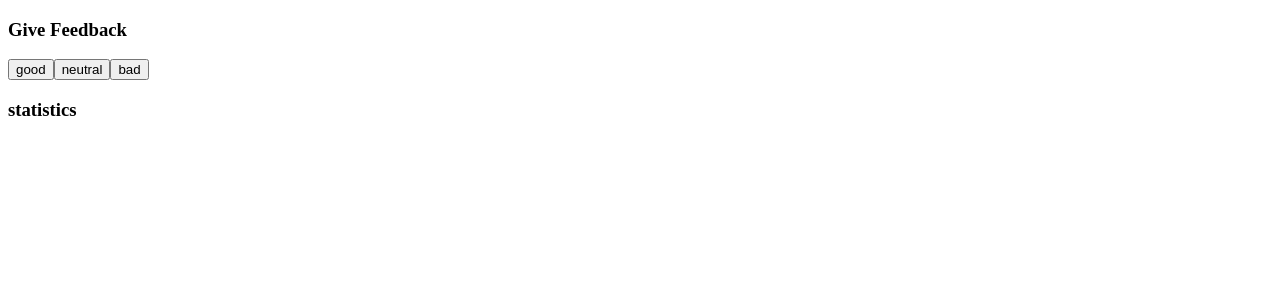
Repository: 4di61/FullStackOpen
Page: / (app in part1/unicafe/)
The author's editor kept a copy of each file at every save. The page is drawn from the files as they stood at one save, then again after the next save.
The browser window is 1280 px wide. The pictures show the whole page.
The project was rebuilt for these pictures with package versions that can differ from the ones it lists, and the page was loaded fresh each time. Also part of the build but not shown: part1/unicafe/vite.config.js.

Above is the page before, as saved 2024-09-05 10:35:06.

After the next save:
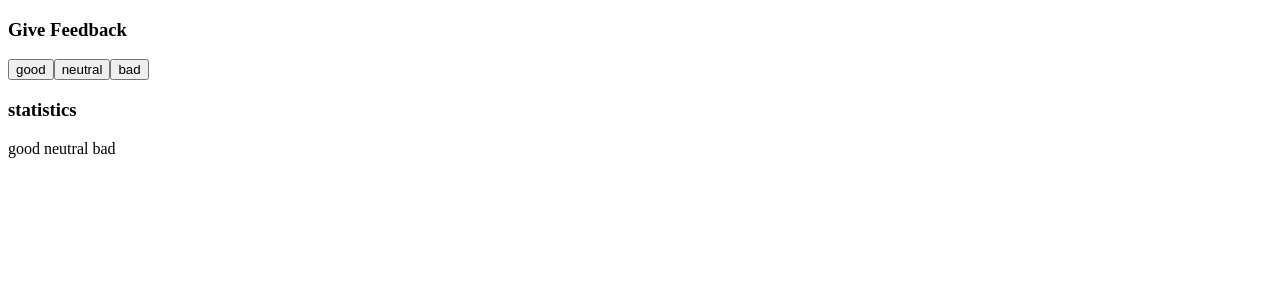
Saved 7 s later.
--- a/part1/unicafe/src/App.jsx
+++ b/part1/unicafe/src/App.jsx
@@ -23,7 +23,9 @@ const Statistics = (props)=>(
       statistics
     </h3>
     <p>
-
+      good
+      neutral
+      bad
     </p>
   </div>
 )
